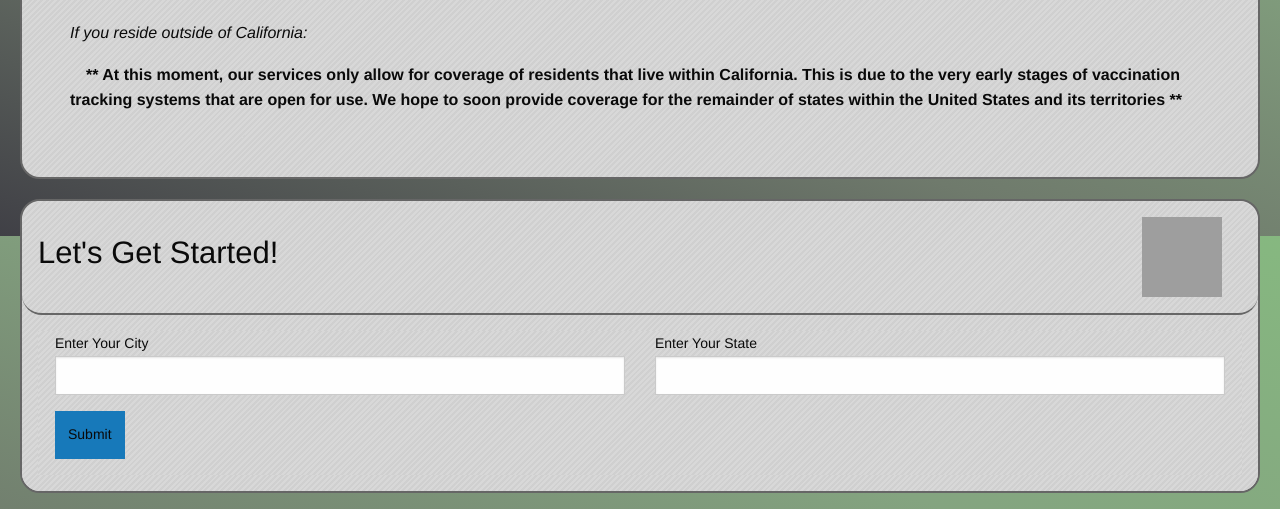
Repository: seddboi/Save-A-Shot
Page: index.html
These files come from the project's save history. The page is drawn as it stood at one moment and after the next save; the edit follows.
The browser window is 1280 px wide. The pictures show the part of the page from y = 1204 to 1713 px (the page is 1713 px tall).
Pictures or frames that could not be fetched are drawn as grey boxes. A picture or video elsewhere on the page could not be fetched, so the positions and the page height are approximate. The page's requests for data from a server got no answer. Backgrounds fixed to the window are drawn as part of the page. Some web libraries are served in a nearby version.

Above is the page before, as saved 2021-03-19 22:23:25.

### index.html
<!DOCTYPE html>
<html lang="en">
  <head>
    <meta charset="UTF-8" />
    <meta name="viewport" content="width=device-width, initial-scale=1.0" />
    <meta http-equiv="X-UA-Compatible" content="ie=edge" />

    <link rel="stylesheet" href="https://pro.fontawesome.com/releases/v5.10.0/css/all.css"
    integrity="sha384-AYmEC3Yw5cVb3ZcuHtOA93w35dYTsvhLPVnYs9eStHfGJvOvKxVfELGroGkvsg+p"
    crossorigin="anonymous"
    />

    <link rel="stylesheet" href="https://cdn.jsdelivr.net/npm/foundation-sites@6.6.3/dist/css/foundation.min.css"
    integrity="sha256-ogmFxjqiTMnZhxCqVmcqTvjfe1Y/ec4WaRj/aQPvn+I="
    crossorigin="anonymous">

    <link rel="stylesheet" href="./assets/css/style.css" />
    <title>Save-A-Shot</title>
  </head>

  <body>
    <div class="top-bar">
      <div class="top-bar-left">
        <h5 class="menu-text"><strong>Save-A-Shot</strong></h5>
      </div>
      <div class="top-bar-right align-middle">
        <ul class="menu" id='menu'>
          <li><a  href="#mission">About</a></li>
          <li><a href=#services>Services</a></li>
          <li><a href="#start-form">Get Started</a></li>
        </ul>
      </div>
    </div>

    <div class="main-title">
      <div class="main-title-text">
          <h1>Welcome to <br /><strong>Save-A-Shot</strong></h1>
      </div>
    </div>


    <div id ='mission' class="callout grid-x primary clearfix ">
      <div class='grid-x grid-padding-x align-spaced align-middle'>
        <div class='cell small-6'>
          <h3>Our Mission</h3>
          <p>&emsp;As the pandemic continues to spread wildly around us, we have all had to face the stress and uncertainty of how our safety and health could result in the end. So with Save-A-Shot, we wanted to create a universal mapping program that could assist in keeping you safe from the Coronavirus 2019. With the vaccine still being relatively new, there is much uncertainty and confusion of how and where you could get the vaccine. Whether it be for yourself or your loved ones, Save-A-Shot was made out to create a universal guide to locating and scheduling vaccination appointments, at the simple click of a button.</p>
        </div>
        <img id='get-vaccinated-gif' src="https://media.giphy.com/media/FO8CZ01HoTCA5ahQQq/giphy.gif">
      </div>
    </div>

    <div id='services' class="callout large primary">
      <div id='top-section-services' class='grid-x align-justify align-middle'>
        <img id='multi-vax-gif' class='large-order-1 medium-order-1 small-order-2' src='https://media.giphy.com/media/eCYMDIvccUYqNjTXHr/giphy.gif'>
        <div class='cell small-6 large-order-2 medium-order-2 small-order-1 grid-y'>
          <h3>How We Can Help</h3>
          <p><em>If you reside within California:</em>
            <ul>
              <li>We provide information on how widespread the virus is in your area</li>
              <li>We present a localized map of nearby clinics/hospitals/pharmacies that provide COVID 19 vaccination services</li>
              <li>We also provide the ability to follow another link to schedule a vaccination appointment (where availability and accessibility allows)</li>
            </ul>
          </p>
        </div>
      </div>
      <p><em>If you reside outside of California:</em>
        <p>&emsp;<strong>** At this moment, our services only allow for coverage of residents that live within California. This is due to the very early stages of vaccination tracking systems that are open for use. We hope to soon provide coverage for the remainder of states within the United States and its territories **</strong></p>
      </p>
    </div>

    <div id='bottom-form' class="card grid-x" >
      <div id='card-divider'class="card-divider align-justify align-middle">
        <h3 id='start-form'>Let's Get Started!</h3>
        <img id='virus-gif' src="https://media.giphy.com/media/GWW6OQgQyJLHB0rkx3/giphy.gif">
      </div>
      <div class="card-section" id='card-section'>
        <form id='form'>
          <div class="grid-container">
            <div class="grid-x grid-padding-x">
              <div class="medium-6 cell">
                <label>Enter Your City
                  <input id ='city' type="text" >
                </label>
              </div>
              <div class="medium-6 cell">
                <label>Enter Your State
                  <input id='state' type="text" >
                </label>
              </div>
            </div>
            <button type='button' class='button small'>
              <a href='results.html'><label>Submit</label></a>
            </button>
          </div>

          <!-- or ...

          <div class='grid-container'>
            <div class='grid-x grid-padding-x'>
              <label>
                Enter Your Zip Code
                <input id='zipcode' class='cell medium-6' type="number" >
              </label>
            </div>
            <button href='results.html' type='button' class='button'>
              <a href='results.html'><label>Submit</label></a>
            </button>
          </div> -->
        </form>
      </div>
    </div>



    <script src="https://cdnjs.cloudflare.com/ajax/libs/jquery/3.2.1/jquery.min.js"></script>
    <script src='./assets/js/scheduler.js'></script>
  </body>

### assets/css/style.css
* {
    box-sizing: border-box;
}

body {
    background: linear-gradient(380deg, #404046, #6f7a6c, #84a480, #86b880) fixed 100%;
}

.top-bar {
    background-image: radial-gradient(circle at center center, rgb(228, 228, 228),rgb(35,35,35));
    border: 2px outset rgb(128, 128, 128);
    color: #ffffff;
    border-radius: 10px;;
    margin: 5px;
}

#menu {
    background-color: transparent;
}

.top-bar ul li a {
    text-decoration: none;
    color: #ffffff;
}

.main-title {
    background: url("https://cdn.the-scientist.com/assets/articleNo/68059/hImg/40017/istock-1215208129-banner-l.png") 50% no-repeat;
    background-size: cover;
    height: 50vh;
    border-radius: 10px;
    margin-left: 20px;
    margin-right: 20px;
    margin-top: 20px;
    text-align: center;
    display: -webkit-flex;
    display: -ms-flexbox;
    display: flex;
    -webkit-align-items: center;
        -ms-flex-align: center;
            align-items: center;
    -webkit-justify-content: center;
        -ms-flex-pack: center;
            justify-content: center;
}

#bottom-form {
    background-image: repeating-linear-gradient(315deg, rgba(134,134,134, 0.1) 0px, rgba(134,134,134, 0.1) 2px,transparent 2px, transparent 4px),linear-gradient(270deg, rgb(216,216,216),rgb(216,216,216));    border: 1px solid#666;
    margin-left: 20px;
    margin-right: 20px;
    margin-top: 20px;
    border: 2px solid #666;
    border-radius: 20px;
}

#card-divider {
    border-bottom: 2px solid #666;
    border-radius: 20px;
    background-image: repeating-linear-gradient(315deg, rgba(134,134,134, 0.1) 0px, rgba(134,134,134, 0.1) 2px,transparent 2px, transparent 4px),linear-gradient(270deg, rgb(216,216,216),rgb(216,216,216));
}

.main-title-text {
    color: #fefefe;
    text-shadow: 3px 3px 7px #0a0a0a;
}

#mission {
    margin-left: 20px;
    margin-right: 20px;
    margin-top: 20px;
    border: 2px solid #666;
    border-radius: 20px;
    background-image: repeating-linear-gradient(315deg, rgba(134,134,134, 0.1) 0px, rgba(134,134,134, 0.1) 2px,transparent 2px, transparent 4px),linear-gradient(270deg, rgb(216,216,216),rgb(216,216,216));
}

#get-vaccinated-gif {
    width: 300px;
    height: auto;
    border: 1px solid#666;
    border-radius: 7px;
}

#services {
    margin-left: 20px;
    margin-right: 20px;
    margin-top: 20px;
    border: 2px solid #666;
    border-radius: 20px;
    background-image: repeating-linear-gradient(315deg, rgba(134,134,134, 0.1) 0px, rgba(134,134,134, 0.1) 2px,transparent 2px, transparent 4px),linear-gradient(270deg, rgb(216,216,216),rgb(216,216,216));
}

#top-section-services {
    margin-bottom: 40px;
}

#multi-vax-gif {
    width: 40%;
    height: 40%;
    border: 1px solid#666;
    border-radius: 7px;
}

#card-section {
    background-image: repeating-linear-gradient(315deg, rgba(134,134,134, 0.1) 0px, rgba(134,134,134, 0.1) 2px,transparent 2px, transparent 4px),linear-gradient(270deg, rgb(216,216,216),rgb(216,216,216));
}

#form {
    background-image: repeating-linear-gradient(315deg, rgba(134,134,134, 0.1) 0px, rgba(134,134,134, 0.1) 2px,transparent 2px, transparent 4px),linear-gradient(270deg, rgb(216,216,216),rgb(216,216,216));
}

#virus-gif {
    width: 80px;
    height: 80px;
    margin-right: 20px;
}

### assets/js/scheduler.js
// This is our Javascript:

var website = "https://api.vaccinateca.com/v1/locations.json"
var zip = 92101;

var dataSet = function(url){
    fetch(url).then(function(response){
        if(response.ok){
            response.json().then(data => {
                console.log(data)
                var count = 0;

                for(var i = 0; i < data.content.length; i++){
                    count++;
                    var address = data.content[i].Address;

                    if("Availability Info" in data.content[i]){
                        var available = data.content[i]["Availability Info"][0];
                        if(available.includes("Yes")){
                            getLocations(zip, address);
                        }
                    }
                    else{
                        continue;
                    }
                }
            })
        }
        else{
            console.log("error: " + response.statusText)
        }
    })
}

function getLocations(zipCode, address){
    try{
        if(address.includes(zipCode)){//might need a function next here.
            console.log(address)
        }
    }catch{
        // need to add something since it returns undefined and might cause a problem later.
        console.log("Error")
    }
}

dataSet(website);

// Starting from here the maps api section is here.
// keep this for now this is using google maps and for the map on the website
// maybe use open street map instead

// var script = document.createElement("script");
// var mapArea = document.createElement("div");
// var key = "AIzaSyAA56LyLz0Je0lF6xwbl9DLhzuI_QOurJM"
// var mapsite = "https://maps.googleapis.com/maps/api/js?key=" + key + "&callback=initMap&libraries=&v=weekly"

// mapArea.id = "map";
// mapArea.style.height = "100%";
// script.src = mapsite;

// document.body.insertBefore(mapArea, document.body.firstChild)
// document.body.appendChild(script);

// let map;

// function initMap() {
//   map = new maps.Map(mapArea, {
//     center: { lat: -34.397, lng: 150.644 },
//     zoom: 8,
//   });
// }

// initMap();

After the next save:
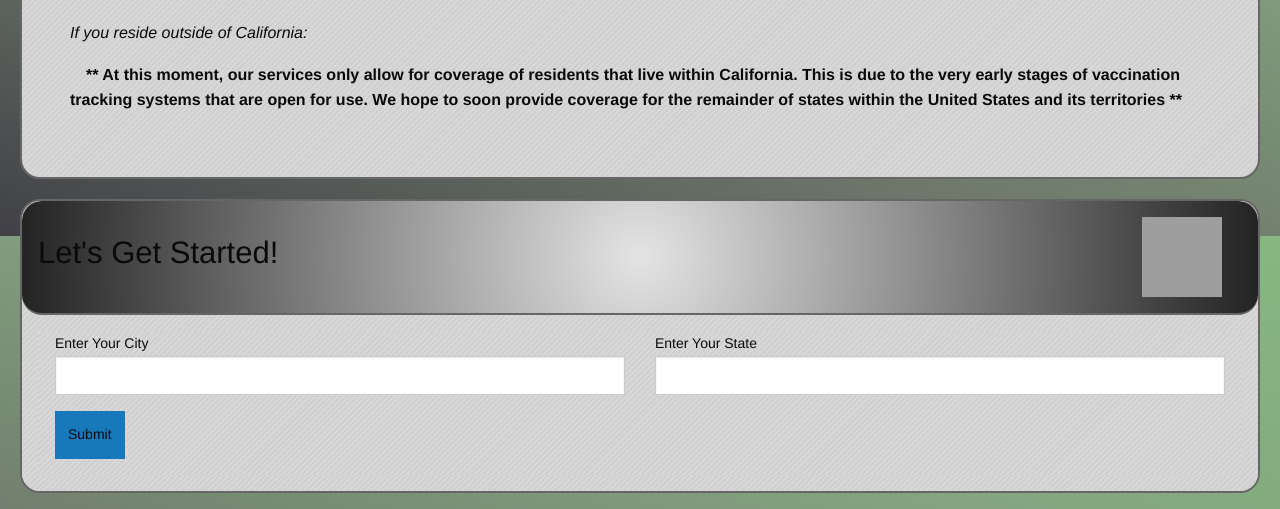
Saved 107 s later.
--- a/assets/css/style.css
+++ b/assets/css/style.css
@@ -55,7 +55,7 @@ body {
 #card-divider {
     border-bottom: 2px solid #666;
     border-radius: 20px;
-    background-image: repeating-linear-gradient(315deg, rgba(134,134,134, 0.1) 0px, rgba(134,134,134, 0.1) 2px,transparent 2px, transparent 4px),linear-gradient(270deg, rgb(216,216,216),rgb(216,216,216));
+    background-image: radial-gradient(circle at center center, rgb(228, 228, 228),rgb(35,35,35));
 }
 
 .main-title-text {
